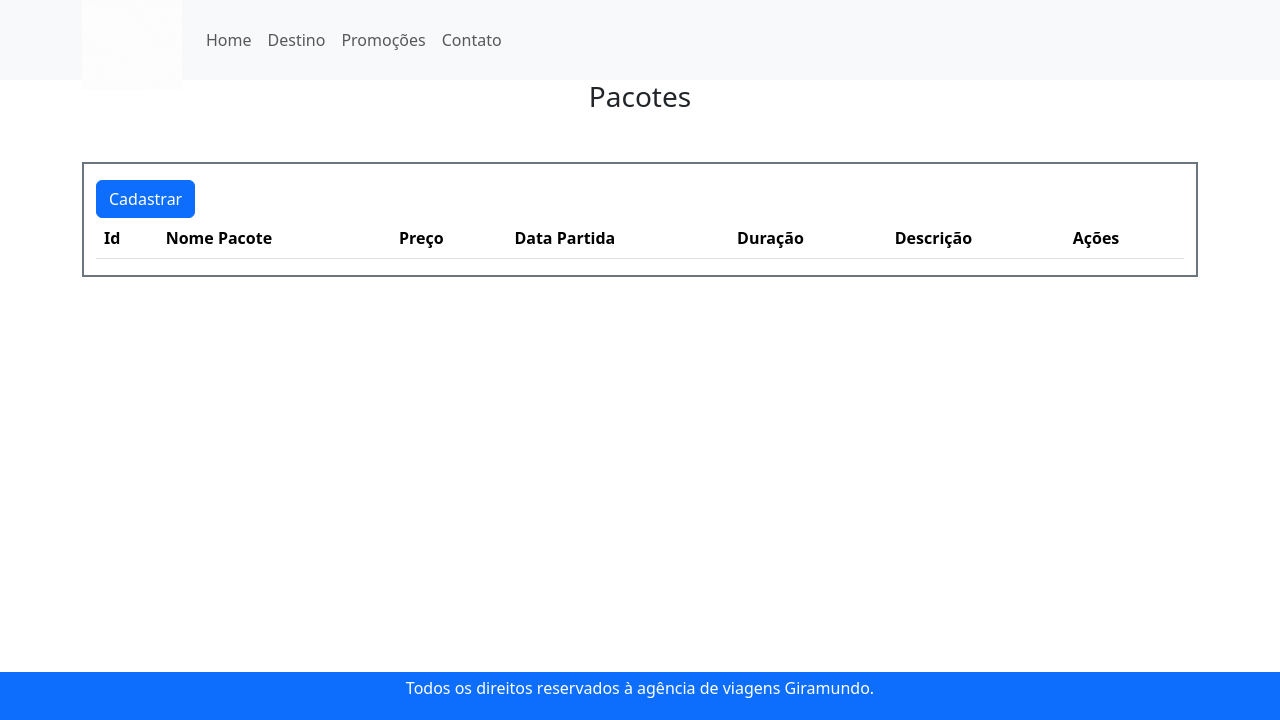
Repository: caiopiabas/RECODE-ENTREGA-3
Page: http://localhost/AgenciaViagem3/pacotesviagem
These files come from the project's save history. The page is drawn as it stood at one moment and after the next save; the edit follows.
The browser window is 1280 px wide. The pictures show the whole page.
The page is served by Tomcat 9. Queries for data that is not in the repository find no rows.

Above is the page before, as saved 2023-11-06 01:27:07.

After the next save:
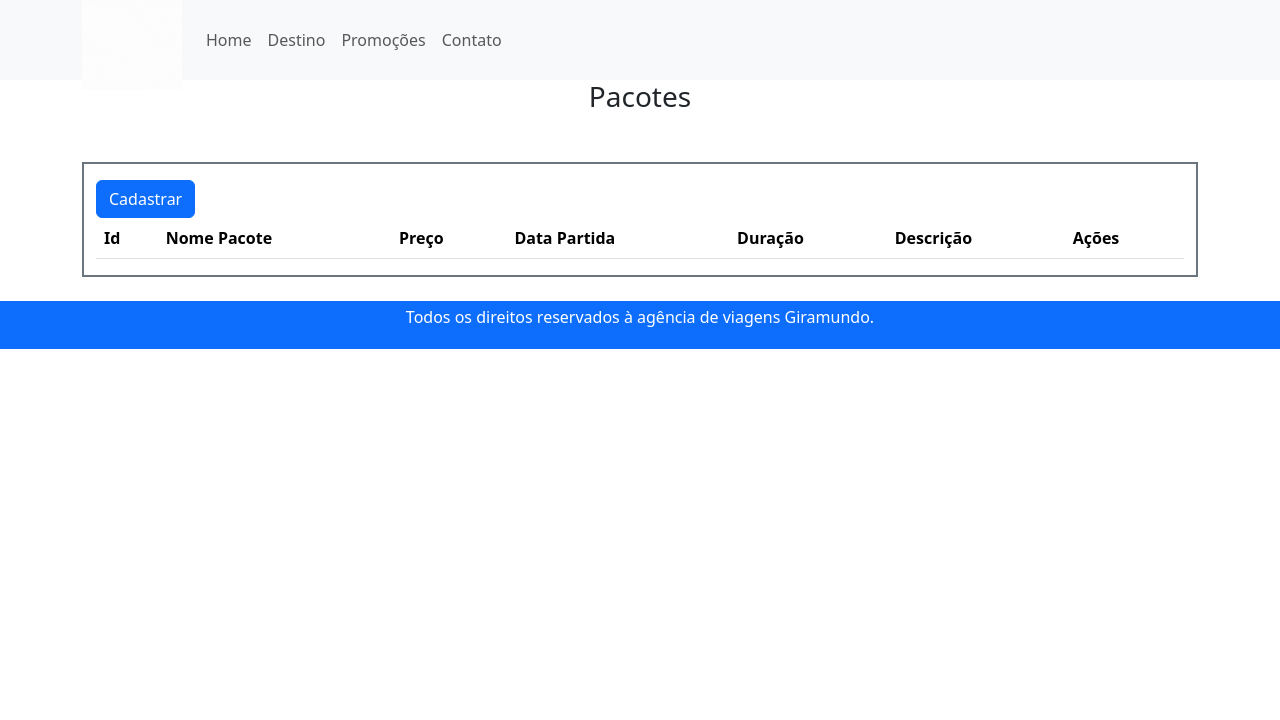
Saved 16 min 22 s later.
--- a/AgenciaViagem3/src/main/webapp/pacotesviagem.jsp
+++ b/AgenciaViagem3/src/main/webapp/pacotesviagem.jsp
@@ -241,7 +241,7 @@
 	</div>
 
 	<!-- Rodapé -->
-	<footer class="mt-4 bg-primary text-center text-white p-1 fixed-bottom">
+	<footer class="mt-4 bg-primary text-center text-white p-1">
 		<p>
 			<i class="bi bi-c-circle" style="font-size: 1rem"></i> Todos os
 			direitos reservados à agência de viagens Giramundo.
